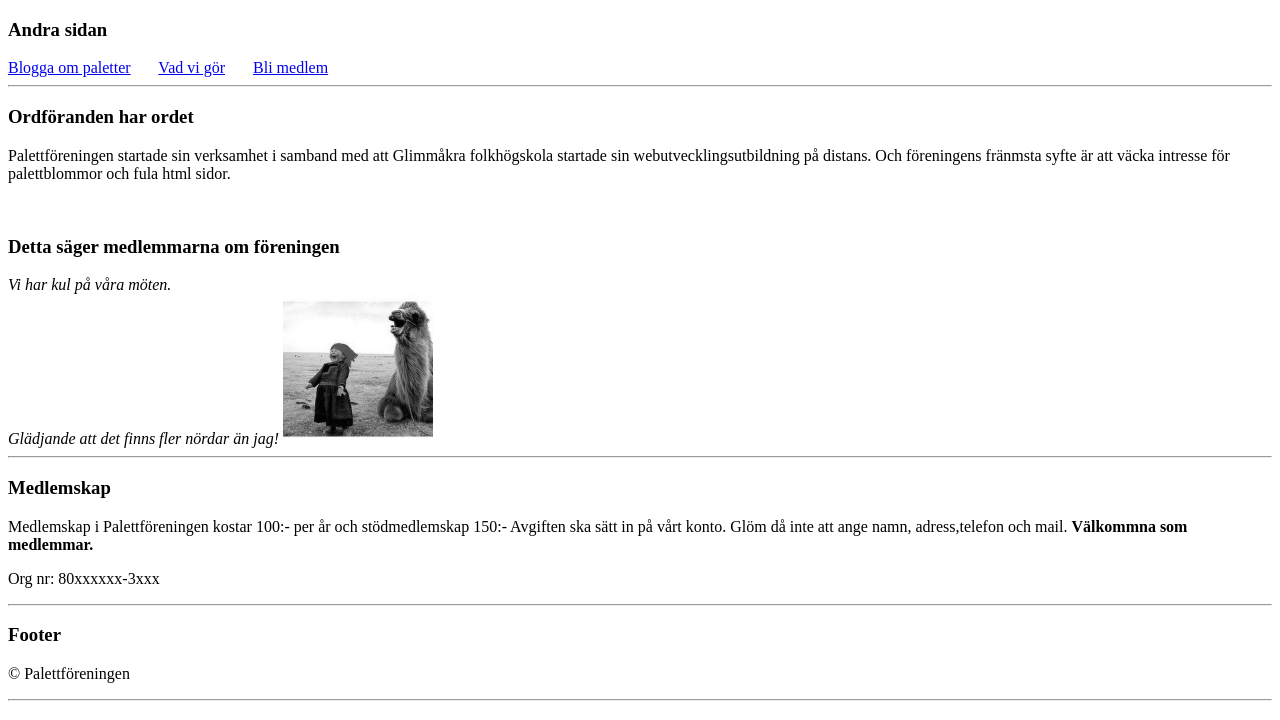
Repository: Webutveckling-20-21/Uppgift-1
Page: verksamheten.html
The author's editor kept a copy of each file at every save. The page is drawn from the files as they stood at one save, then again after the next save.
The browser window is 1280 px wide. The pictures show the whole page.

Above is the page before, as saved 2021-09-07 12:18:29.

### verksamheten.html
<!-- Här alla måsten i huvudet såsom språk och språkkodning mm -->
<!DOCTYPE html>
<html lang="sv">


<head>
    <meta charset="UTF-8">
    <meta name="viewport" content="width=device-width, initial-scale=1.0">
    <title>verksamheten</title>
</head>

<body>
    <header>
        <h3>Andra sidan</h3>
        <!-- Här läggs alla länkar-->
        <a href="blogg.html">Blogga om paletter</a>&nbsp;&nbsp;&nbsp;&nbsp;&nbsp;&nbsp;
        <a href="verksamheten.html">Vad vi gör</a>&nbsp;&nbsp;&nbsp;&nbsp;&nbsp;&nbsp;
        <a href="medlemskap.html">Bli medlem</a>
    </header>
    <hr>
    <main>
        <article>

            <h3>Ordföranden har ordet</h3>
            <p> Palettföreningen startade sin verksamhet i samband med att Glimmåkra folkhögskola startade sin
                webutvecklingsutbildning på distans. Och föreningens fränmsta syfte är att väcka intresse för
                palettblommor och fula html sidor. </p> <br>

            <article>

                <article>

                    <h3>Detta säger medlemmarna om föreningen</h3>

                    <cite>Vi har kul på våra möten.</cite><br>
                    <cite>Glädjande att det finns fler nördar än jag!</cite>

                      <img src="images/ordförande pa excursion.jpg" width="150" height="150" alt="Ordförande berättar.">

                     </article>


    </main>
    <hr>
    <aside>
        <h3>Medlemskap</h3>
        <p>Medlemskap i Palettföreningen kostar 100:- per år och stödmedlemskap 150:-
            Avgiften ska sätt in på vårt konto. Glöm då inte att ange namn, adress,telefon och mail.
            <b>Välkommna som medlemmar.</b>
        </p>


        <p>Org nr: 80xxxxxx-3xxx</p>





    </aside>
    <hr>
    <footer>

        <h3>Footer</h3>
        <p> &copy; Palettföreningen</p>
    </footer>
    <hr>


</body>

</html>

After the next save:
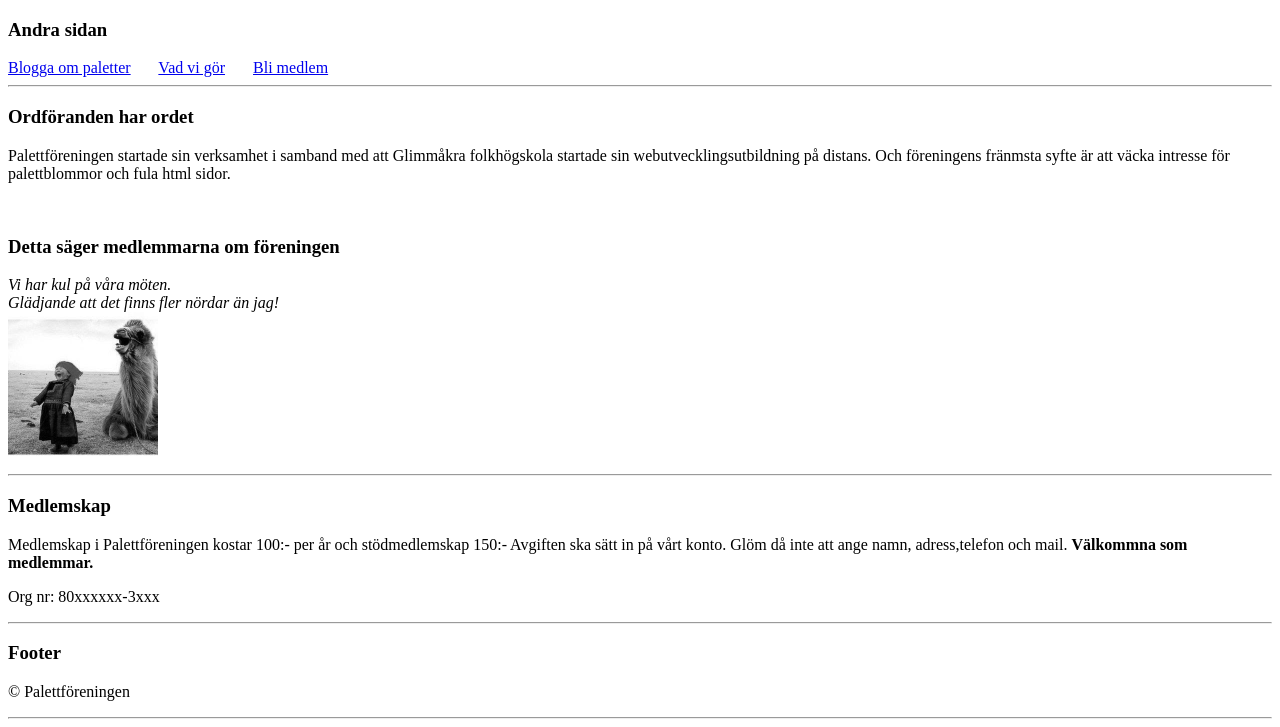
Saved 13 s later.
--- a/verksamheten.html
+++ b/verksamheten.html
@@ -33,7 +33,9 @@
                     <h3>Detta säger medlemmarna om föreningen</h3>
 
                     <cite>Vi har kul på våra möten.</cite><br>
-                    <cite>Glädjande att det finns fler nördar än jag!</cite>
+                    <cite>Glädjande att det finns fler nördar än jag!</cite><br>
+
+
 
                       <img src="images/ordförande pa excursion.jpg" width="150" height="150" alt="Ordförande berättar.">
 
